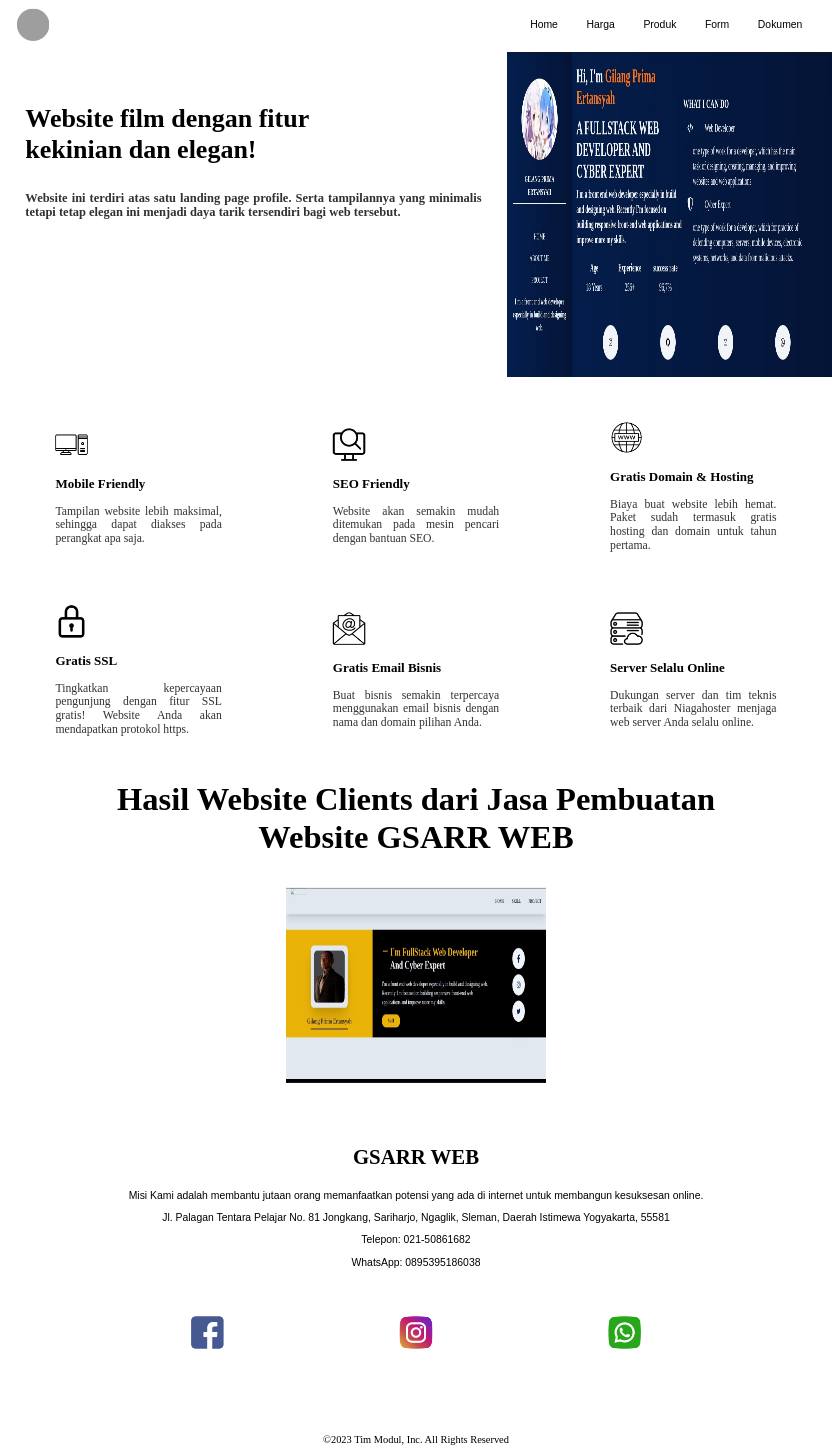
Repository: zecht12/TimModul
Page: JenisWeb/Web7.html
An editor plug-in stored every save of this project. The page is shown before and after the next save, followed by the edit.
The browser window is 1280 px wide. The pictures show the whole page, at 65% of full size.
Pictures or frames that could not be fetched are drawn as grey boxes.

Above is the page before, as saved 2023-04-26 15:20:10.

After the next save:
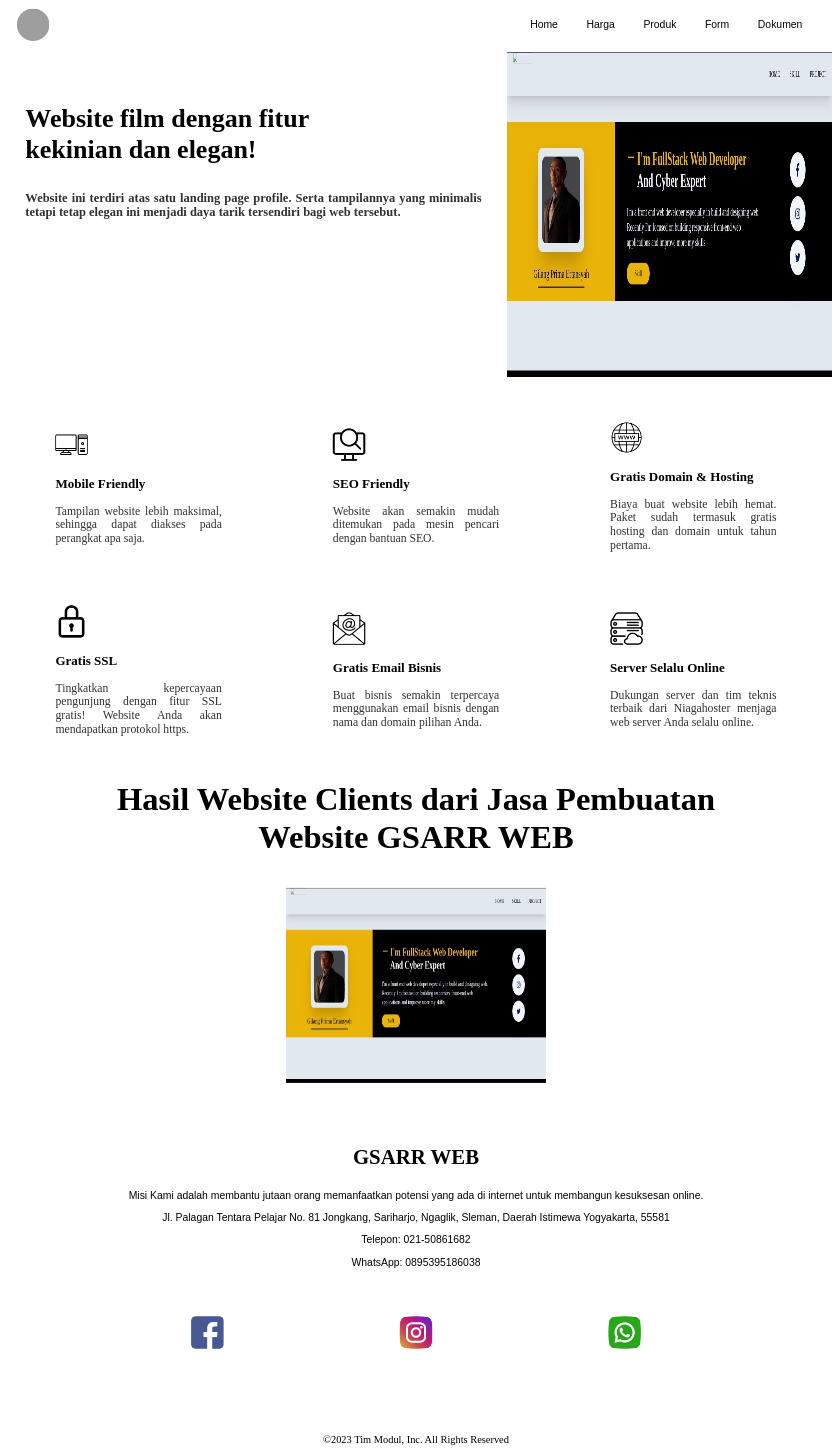
Saved 7 s later.
--- a/JenisWeb/Web7.html
+++ b/JenisWeb/Web7.html
@@ -32,7 +32,7 @@
                 </div>
             </div>
             <div>
-                <img src="../assets/web4.jpg" alt="logo" width="500px" height="500px">
+                <img src="../assets/web6.jpg" alt="logo" width="500px" height="500px">
             </div>
         </div>
         <div style="display: flex; justify-content: space-around; align-items: center; padding-top: 5%;">
